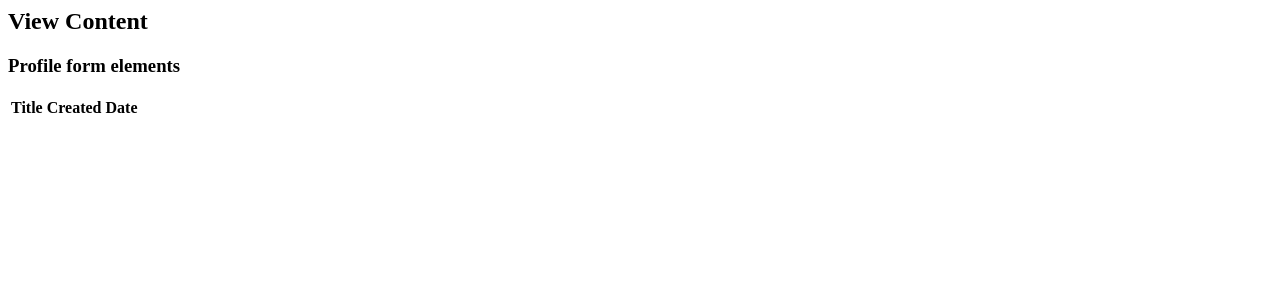
Repository: NgocNB20/travel
Page: NgocNb20_assigment8_9/view_content.html
The author's editor kept a copy of each file at every save. The page is drawn from the files as they stood at one save, then again after the next save.
The browser window is 1280 px wide. The pictures show the whole page.

Above is the page before, as saved 2021-10-12 18:13:01.

After the next save:
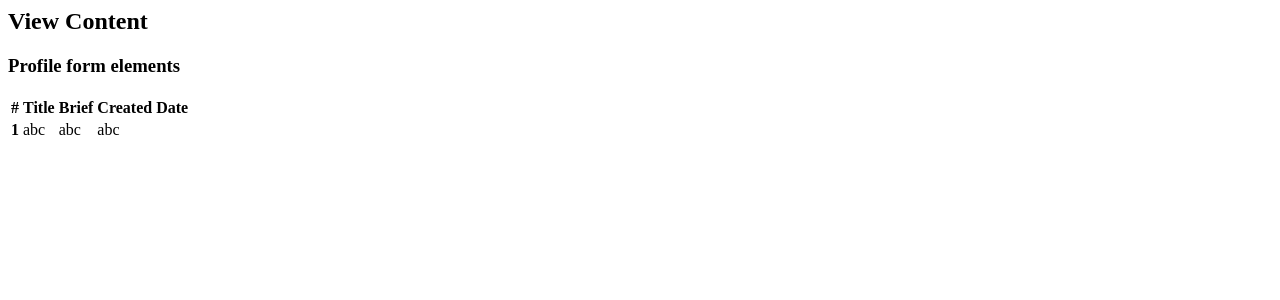
Saved 5 min 21 s later.
--- a/NgocNb20_assigment8_9/view_content.html
+++ b/NgocNb20_assigment8_9/view_content.html
@@ -1,15 +1,26 @@
 <h2 class="title-add">View Content</h2>
-<h3 class="title-form">Profile form elements</h3>
-<div class="container ">
-    <div class="row form">
-        <div class="col-10">
-            <table class="table table-bordered">
-                <tr>
-                    <th scope="col">Title</th>
-                    <th scope="col">Created Date</th>
-                    </thead>
-                    <tbody id="show_table">
-                    </tbody>
-        </div>
-    </div>
-</div>
+                <h3 class="title-form">Profile form elements</h3>
+                <div class="container ">
+                    <div class="row form">
+                        <div class="col-10">
+                            <table class="table table-bordered" >
+                                <thead>
+                                    <tr>
+                                        <th scope="col">#</th>
+                                        <th scope="col">Title</th>
+                                        <th scope="col">Brief</th>
+                                        <th scope="col">Created Date</th>
+                                    </tr>
+                                </thead>
+                                <tbody id="show_table">
+                                    <tr>
+                                        <th scope="row">1</th>
+                                        <td>abc</td>
+                                        <td>abc</td>
+                                        <td>abc</td>
+                                    </tr>
+                                </tbody>
+                            </table>
+                        </div>
+                    </div>
+                </div>
